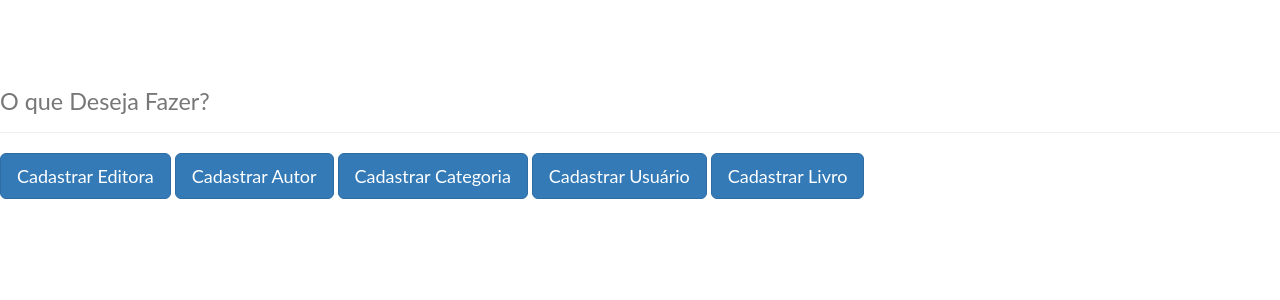
Repository: stefanyco/biblioteca
Page: http://localhost/Biblioteca/acoesFuncionario.jsp
An editor plug-in stored every save of this project. The page is shown before and after the next save, followed by the edit.
The browser window is 1280 px wide. The pictures show the whole page.
The page is served by Tomcat 9. Other server files are loaded and not shown.

Above is the page before, as saved 2016-11-08 00:00:37.

### Sistema Biblioteca/Biblioteca/WebContent/acoesFuncionario.jsp
<%@ page language="java" contentType="text/html; charset=ISO-8859-1"
    pageEncoding="ISO-8859-1"%>
<!DOCTYPE html PUBLIC "-//W3C//DTD HTML 4.01 Transitional//EN" "http://www.w3.org/TR/html4/loose.dtd">
<html>
<head>
	<meta content="width=device-width, initial-scale=1.0">
	<meta http-equiv="Content-Type" content="text/html; charset=ISO-8859-1">
	<link href="bootstrap.min.css" rel="stylesheet"  media="screen" />
	<link href="estilo.css" rel="stylesheet">
	<title>Gerenciamento</title>
</head>
<body>
	<div class="page-header">
		<h1>
			<small>O que Deseja Fazer?</small>
		</h1>

	</div>
	<a href="editoraAdicionar.jsp" class="btn btn-primary btn-lg">Cadastrar Editora</a>
	<a href="autorAdicionar.jsp" class="btn btn-primary btn-lg">Cadastrar Autor</a>
	<a href="categoriaAdicionar.jsp" class="btn btn-primary btn-lg">Cadastrar Categoria</a>
	<a href="usuarioAdicionar.jsp" class="btn btn-primary btn-lg">Cadastrar Usuário</a>
	<a href="livroAdicionar.jsp" class="btn btn-primary btn-lg">Cadastrar Livro</a>

</body>
</html>

### Sistema Biblioteca/Biblioteca/WebContent/estilo.css
* {
    font-family: 'Lato', sans-serif;
    font-weight: 300;
}

body {
    padding-top: 50px;
}

section {
    padding-top: 25px;
    padding-bottom: 15px;
    min-height: 100vh;
}

section#contato {
    min-height: 80vh;
}

footer {
    padding-top: 30px;
    padding-bottom: 30px;
    background: url(../imgs/bgslider.png);
}

img.grayscale {
  filter: url("data:[embedded picture, 244 characters]"); /* Firefox 3.5+ */
  filter: gray; /* IE6-9 */
  -webkit-filter: grayscale(100%); /* Chrome 19+ & Safari 6+ */
}

img.grayscale:hover {
  filter: none;
  -webkit-filter: grayscale(0%);
}

.navbar-brand {
   font-weight: 700;
}

.divslider {
    padding-top: 15px;
    padding-bottom: 15px;
    background: url(../imgs/bgslider.png);
}

.div_colorida {
    background: url(../imgs/bgslider.png);
}

.servicos_item * {
    text-align: center;
}

.servicos_item h4 {
    margin-top: 30px;
    font-size: 25px;
}

.servicos_btn_todososservicos {
    margin-top: 25px;
}

.portfolio_item {
    background: white;
}

.portfolio_row {
    margin-bottom: 20px;
}

.portfolio_row:last-child {
    margin-bottom: 0px;
}

.portfolio_item h4 {
    text-align: center;
    margin-top: 20px;
    padding-bottom: 20px;
}

.contato textarea {
    height: 170px;
}

.contato .aviso {
   padding: 15px;
}

.section_interna {
    padding-top: 0px;
}

.form-login {
    max-width: 350px;
    margin-left: auto;
    margin-right: auto;
    padding: 10px;
    border-radius: 10px;
    background: #eee;
}

.form-login input {
    margin-bottom: 10px;
}

.panel {
    margin-bottom: 2px;
}

.conteudo_painel {
    background: white;
    border-radius:8px;
    border:1px solid #eee;
    box-shadow: 2px 2px 5px #888;
}

.conteudo_painel_int {
    padding: 12px;
}

Loaded but not shown: Sistema Biblioteca/Biblioteca/WebContent/bootstrap.min.css (library)

After the next save:
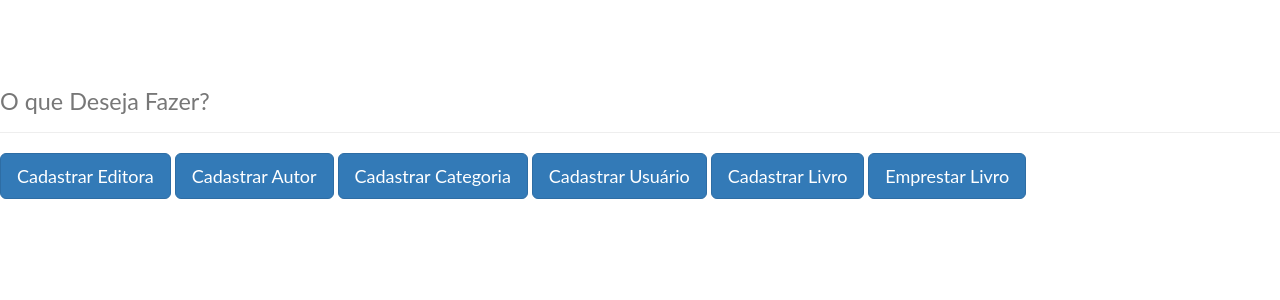
Saved 3 min 1 s later.
--- a/Sistema Biblioteca/Biblioteca/WebContent/acoesFuncionario.jsp
+++ b/Sistema Biblioteca/Biblioteca/WebContent/acoesFuncionario.jsp
@@ -21,6 +21,7 @@
 	<a href="categoriaAdicionar.jsp" class="btn btn-primary btn-lg">Cadastrar Categoria</a>
 	<a href="usuarioAdicionar.jsp" class="btn btn-primary btn-lg">Cadastrar Usuário</a>
 	<a href="livroAdicionar.jsp" class="btn btn-primary btn-lg">Cadastrar Livro</a>
+	<a href="emprestimo" class="btn btn-primary btn-lg">Emprestar Livro</a>
 
 </body>
 </html>
